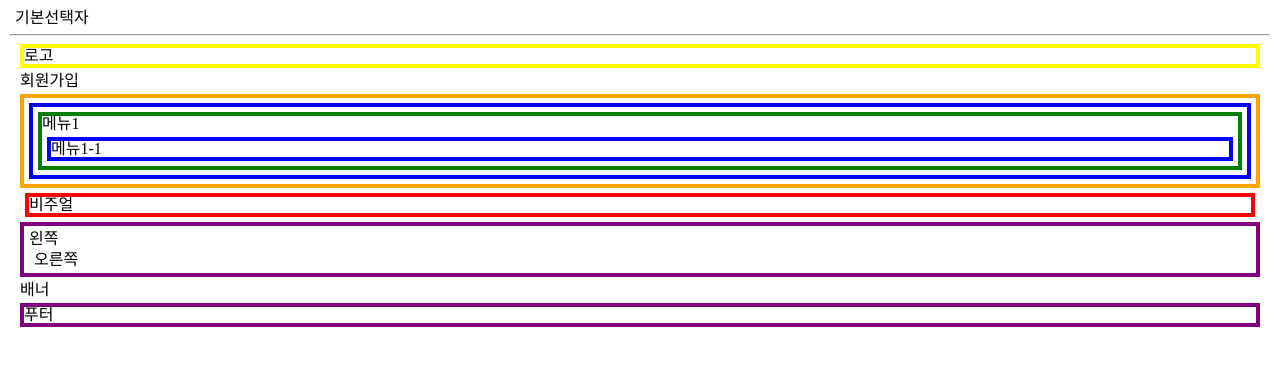
Repository: kimjoohye/study_WEB
Page: workspace/studyhtml5/WebContent/jq/jq01/jq01.html
The author's editor kept a copy of each file at every save. The page is drawn from the files as they stood at one save, then again after the next save.
The browser window is 1280 px wide. The pictures show the whole page.

Above is the page before, as saved 2022-05-10 01:21:16.

### workspace/studyhtml5/WebContent/jq/jq01/jq01.html
<!DOCTYPE html>
<html>
<head>
<meta name="viewport" content="width=device-width,initial-scale=1.0">
<meta charset="UTF-8">
<link rel="shortcut icon" type="image/x-icon" href="/studyhtml5/favicon.ico">
<!--reset 스타일시트 -->
<link rel="stylesheet" type="text/css" href="/studyhtml5/asset/css/reset.css">
<!--스타일 시트 -->
<style type="text/css">
</style>

<title>Insert title here</title>

<!-- jquery -->
<script type="text/javascript" src="/studyhtml5/asset/js/jquery-1.12.4.js"></script>
<!--자바스크립트 코드 -->
<script type="text/javascript">
	$(document).ready(function(){
	    console.log('document');
	    $('p').css('border', '4px solid red'); /* 태그 선택자 */
	    $('#gnb').css('border', '4px solid orange'); /* id 선택자 */
	    $('.logo').css('border', '4px solid yellow'); /* 클래스 선택자 */

	    $("#gnb > ul > li").css('border', '4px solid green'); /* 자식 선택자 */
	    $("#gnb ul").css('border', '4px solid blue'); /* 하위 선택자 */
	    $('#visual + #content').css('border', '4px solid purple'); /* 인접선택자 '+' */

	    $('#visual ~ footer').css('border', '4px solid purple'); /* 형제 선택자 */

	});
</script>
</head>
<body>
   <h2>기본선택자</h2>
   <hr/>

   <header id="header">
    <div class="logo">로고</div>
    <div class="util">회원가입</div>

    <nav id="gnb">
      <ul>
        <li>메뉴1
          <ul>메뉴1-1</ul>
        </li>
      </ul>
    </nav>

    <div id="visual">
      <p>비주얼</p>
    </div>


    <div id="content">
      <div class="left">왼쪽</div>
      <div class="right">
        <div class="util">오른쪽</div>
      </div>
    </div>

    <div id="banner">배너</div>
    <footer id="footer">푸터</footer>
   </header>

</body>
</html>

### workspace/studyhtml5/WebContent/asset/css/reset.css
@charset "UTF-8";
/* http://meyerweb.com/eric/tools/css/reset/
   v2.0 | 20110126
   License: none (public domain)
*/
html, body, div, span, applet, object, iframe,
h1, h2, h3, h4, h5, h6, p, blockquote, pre,
a, abbr, acronym, address, big, cite, code,
del, dfn, em, img, ins, kbd, q, s, samp,
small, strike, strong, sub, sup, tt, var,
b, u, i, center,
dl, dt, dd, ol, ul, li,
fieldset, form, label, legend,
table, caption, tbody, tfoot, thead, tr, th, td,
article, aside, canvas, details, embed,
figure, figcaption, footer, header, hgroup,
menu, nav, output, ruby, section, summary,
time, mark, audio, video {
    margin: 5px;
    padding: 0;
    border: 0;
    font-size: 100%;
    font: inherit;
    vertical-align: baseline;
}
/* HTML5 display-role reset for older browsers */
article, aside, details, figcaption, figure,
footer, header, hgroup, menu, nav, section {
    display: block;
}
body {
    line-height: 1;
}
ol, ul {
    list-style: none;
}
blockquote, q {
    quotes: none;
}
blockquote:before, blockquote:after,
q:before, q:after {
    content: '';
    content: none;
}
table {
    border-collapse: collapse;
    border-spacing: 0;
}

Loaded but not shown: workspace/studyhtml5/WebContent/asset/js/jquery-1.12.4.js (library)

After the next save:
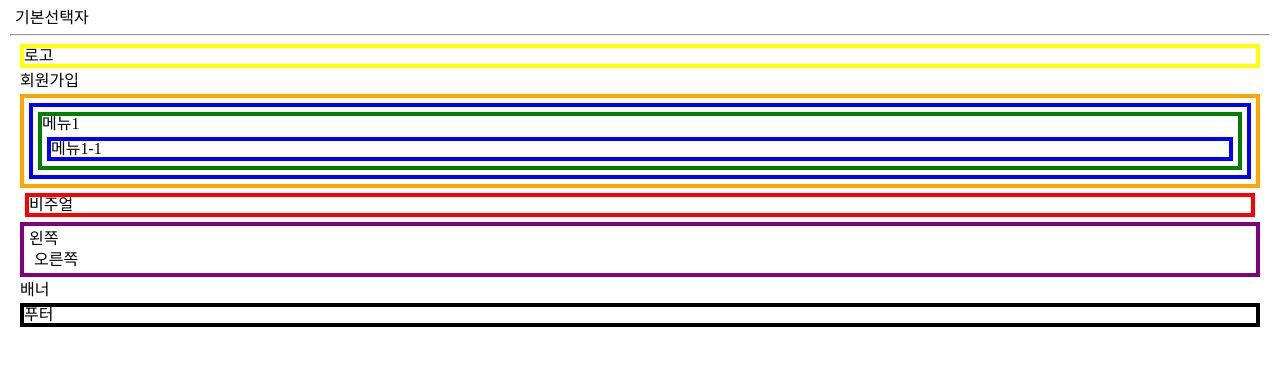
Saved 8 s later.
--- a/workspace/studyhtml5/WebContent/jq/jq01/jq01.html
+++ b/workspace/studyhtml5/WebContent/jq/jq01/jq01.html
@@ -26,7 +26,7 @@
 	    $("#gnb ul").css('border', '4px solid blue'); /* 하위 선택자 */
 	    $('#visual + #content').css('border', '4px solid purple'); /* 인접선택자 '+' */
 
-	    $('#visual ~ footer').css('border', '4px solid purple'); /* 형제 선택자 */
+	    $('#visual ~ footer').css('border', '4px solid black'); /* 형제 선택자 */
 
 	});
 </script>
